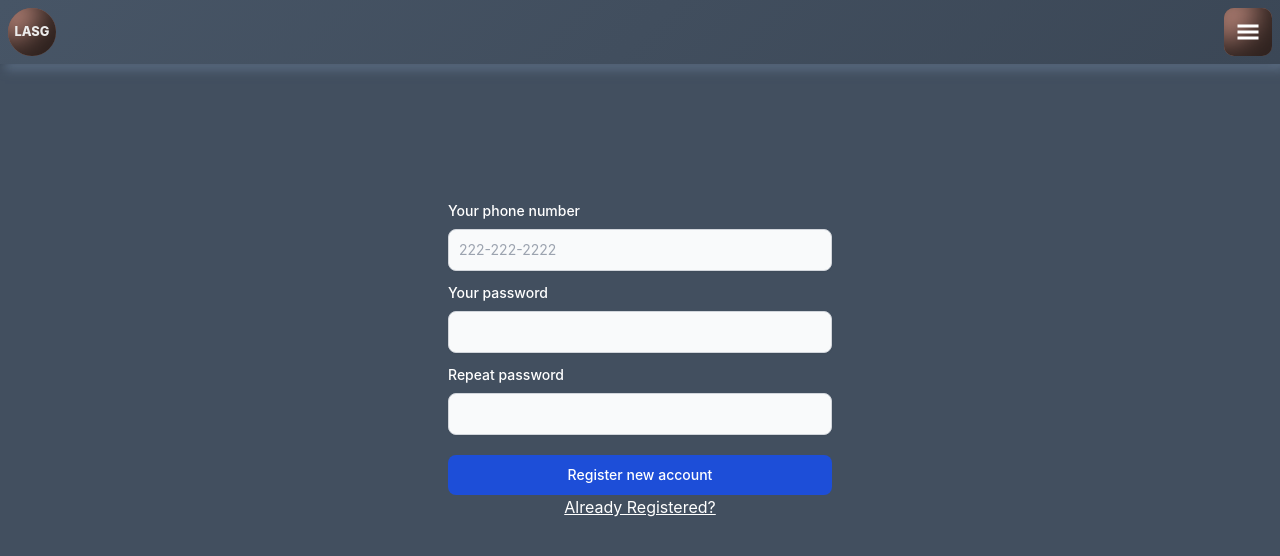
Repository: ShindanoSingi/LA-Swahili-Group
Page: /login (app in client/)
These files come from the project's save history. The page is drawn as it stood at one moment and after the next save; the edit follows.
The browser window is 1280 px wide. The pictures show the whole page.
The project was rebuilt for these pictures with package versions that can differ from the ones it lists, and the page was loaded fresh each time. Also part of the build but not shown: client/src/pages/error/Error.css, client/src/pages/error/Error.js, client/src/pages/home/Home.js, client/src/pages/about/About.js, client/src/pages/contact/Contact.js, client/src/pages/userDashBoard/UserDashBoard.js, client/src/pages/superUsersDashBoard/SuperUsersDashBoard.js.

Above is the page before, as saved 2024-02-11 14:42:33.

### client/src/index.js
import React from 'react';
import ReactDOM from 'react-dom/client';
import './index.css';
import App from './App';
import reportWebVitals from './reportWebVitals';
import { Provider } from "react-redux";
import store from './redux/store';
import { BrowserRouter } from 'react-router-dom';


const root = ReactDOM.createRoot(document.getElementById('root'));
root.render(
  <Provider store={store}>
    <BrowserRouter>
    <App />
    </BrowserRouter>
  </Provider>
);

// If you want to start measuring performance in your app, pass a function
// to log results (for example: reportWebVitals(console.log))
// or send to an analytics endpoint. Learn more: https://bit.ly/CRA-vitals
reportWebVitals();

### client/src/index.css
@tailwind base;
@tailwind components;
@tailwind utilities;

:root{
  --primary: #424F5F;
  --secondary: #F3F3F3;
  --tertiary: #F4A261;
  --quaternary: #2A9D8F;
  --quinary: #E9C46A;

}

body {
  margin: 0;
  font-family: -apple-system, BlinkMacSystemFont, 'Segoe UI', 'Roboto', 'Oxygen',
    'Ubuntu', 'Cantarell', 'Fira Sans', 'Droid Sans', 'Helvetica Neue',
    sans-serif;
  -webkit-font-smoothing: antialiased;
  -moz-osx-font-smoothing: grayscale;
}

.container{
  max-height: 100vh;
  background-color: var(--primary);
}

.container {
  display: flex;
  justify-content: center;
  align-items: center;
  height: 100vh;
}

.logo{
  height: 100dvh;
}

### client/src/App.js
import Header from "./components/header/Header";
import Error from "./pages/error/Error";
import Home from "./pages/home/Home";
import { Routes, Route, useNavigate } from "react-router-dom";
import About from "./pages/about/About";
import Contact from "./pages/contact/Contact";
import Login from "./pages/login/Login";
import UserDashBoard from "./pages/userDashBoard/UserDashBoard";
import SuperUsersDashBoard from "./pages/superUsersDashBoard/SuperUsersDashBoard";
import { useEffect } from "react";


function App() {

      const navigate = useNavigate()

      const user = 'superusers';

      useEffect(() => {
            if (user === 'superuser') {
                  navigate('/superuser')
            }
      })

      return (
            <>
                  <Header />
                  <Routes>
                        <Route path="/" element={<Home />} />
                        <Route path="/about" element={<About />} />
                        <Route path="/contact" element={<Contact />} />
                        <Route path="/login" element={<Login />} />
                        <Route path="/user" element={<UserDashBoard/>} />
                        <Route path="/superuser" element={<SuperUsersDashBoard/>} />
                        <Route path="/admin" element={<adminDashBoard/>} />
                        <Route
                              path="/:rest*"
                              element={
                                    <h1>
                                          <Error />
                                    </h1>
                              }
                        />
                  </Routes>
            </>
      );
}

export default App;

### client/src/redux/store.js
import { configureStore } from "@reduxjs/toolkit";

import userReducer from "./userSlice";

const store = configureStore({
    reducer: {
        userReducer,
    },
});

export default store;

### client/src/components/header/Header.js
import React, { useState } from "react";
import "./Header.css";
import { GiHamburgerMenu } from "react-icons/gi";
import { Link } from "react-router-dom";

function Header() {
      const [show, setShow] = useState(false);

      return (
            <div className="header fixed top-0 w-full flex items-center justify-between p-2">
                  <div className="w-12 h-12 rounded-full text-[0.8rem] logo-button flex font-extrabold text-[#EBEBEB] justify-center items-center">
                        LASG
                  </div>
                  <div className="hambourger h-12 w-12 flex items-center justify-center">
                        <GiHamburgerMenu
                              className="text-[#FFFFFF] text-2xl"
                              onClick={() => setShow(!show)}
                        />
                  </div>
                  {show && (
                        <ul className="flex flex-col items-center p-2 top-[4.2rem] right-2 menu text-[#FFFFFF] absolute">
                              <Link to="/" onClick={() => setShow(!show)}>
                                    <li className="menu-item">Home</li>
                              </Link>
                              <Link to="/about" onClick={() => setShow(!show)}>
                                    <li className="menu-item">About</li>
                              </Link>
                              <Link
                                    to="/contact"
                                    onClick={() => setShow(!show)}
                              >
                                    <li className="menu-item">Contact</li>
                              </Link>
                              <Link to="/login" onClick={() => setShow(!show)}>
                                    <li className="menu-item">Login</li>
                              </Link>
                        </ul>
                  )}
            </div>
      );
}

export default Header;

### client/src/pages/login/Login.js
import React, { useState } from "react";

function Login() {
    const [showRegisterButton, setShowRegisterButton] = useState(false);

      return (
            <div className="container">
                  <div className="w-[80%]">

                    {
                        showRegisterButton && (                        <h1 className="text-xl font-bold text-center mb-4 text-white dark:text-white">Login Form</h1>
                        )
                    }
                        <form className="max-w-sm mx-auto">


                              <div className="mb-3">
                                    <label
                                          for="email"
                                          className="block mb-2 text-sm font-medium text-white dark:text-white"
                                    >
                                          Your phone number
                                    </label>
                                    <input
                                          type="phone"
                                          id="phone"
                                          className="shadow-sm bg-gray-50 border border-gray-300 text-gray-900 text-sm rounded-lg focus:ring-blue-500 focus:border-blue-500 block w-full p-2.5 dark:bg-gray-700 dark:border-gray-600 dark:placeholder-gray-400 dark:text-white dark:focus:ring-blue-500 dark:focus:border-blue-500 dark:shadow-sm-light"
                                          placeholder="222-222-2222"
                                          required
                                    />
                              </div>
                              <div className="mb-3">
                                    <label
                                          for="password"
                                          className="block mb-2 text-sm font-medium text-white dark:text-white"
                                    >
                                          Your password
                                    </label>
                                    <input
                                          type="password"
                                          id="password"
                                          className="shadow-sm bg-gray-50 border border-gray-300 text-gray-900 text-sm rounded-lg focus:ring-blue-500 focus:border-blue-500 block w-full p-2.5 dark:bg-gray-700 dark:border-gray-600 dark:placeholder-gray-400 dark:text-white dark:focus:ring-blue-500 dark:focus:border-blue-500 dark:shadow-sm-light"
                                          required
                                    />
                              </div>
                              {
                                !showRegisterButton && (
                                    <div className="mb-3">
                                    <label
                                          for="repeat-password"
                                          className="block mb-2 text-sm font-medium text-white dark:text-white"
                                    >
                                          Repeat password
                                    </label>
                                    <input
                                          type="password"
                                          id="repeat-password"
                                          className="shadow-sm bg-gray-50 border border-gray-300 text-gray-900 text-sm rounded-lg focus:ring-blue-500 focus:border-blue-500 block w-full p-2.5 dark:bg-gray-700 dark:border-gray-600 dark:placeholder-gray-400 dark:text-white dark:focus:ring-blue-500 dark:focus:border-blue-500 dark:shadow-sm-light"
                                          required
                                    />
                              </div>
                                )
                              }

                              {
                                showRegisterButton && (
                                    <div>
                                    <button
                                          type="submit"
                                          className="text-white mt-2 w-full bg-blue-700 hover:bg-blue-800 focus:ring-4 focus:outline-none focus:ring-blue-300 font-medium rounded-lg text-sm px-5 py-2.5 text-center dark:bg-blue-600 dark:hover:bg-blue-700 dark:focus:ring-blue-800"
                                    >
                                          Login
                                    </button>
                                    <p className="text-white text-center underline" onClick={()=>{
                                        setShowRegisterButton(false);
                                    }}>Not registered yet?</p>
                              </div>
                                )
                              }

                              {
                                !showRegisterButton && (
                                    <div>
                                    <button
                                          type="submit"
                                          className="text-white mt-2 w-full bg-blue-700 hover:bg-blue-800 focus:ring-4 focus:outline-none focus:ring-blue-300 font-medium rounded-lg text-sm px-5 py-2.5 text-center dark:bg-blue-600 dark:hover:bg-blue-700 dark:focus:ring-blue-800"
                                    >
                                          Register new account
                                    </button>
                                    <p className="text-white text-center underline" onClick={()=>{
                                        setShowRegisterButton(true);
                                    }}>Already Registered?</p>
                              </div>
                                )
                              }
                        </form>
                  </div>
            </div>
      );
}

export default Login;

### client/src/redux/userSlice.js
import {createSlice} from '@reduxjs/toolkit';

const userSlice = createSlice({
    name: 'user',
    initialState: {
        user: null,
    },
    reducers: {
        setUser: (state, action) => {
            state.user = action.payload;
        },
    },
});

export const {setUser} = userSlice.actions;
export default userSlice.reducer;

### client/src/components/header/Header.css
.header {
    border-radius: 0px;
background: linear-gradient(315deg, #3b4756, #475566);
box-shadow:  -5px -5px 10px #262e37,
             5px 5px 10px #5e7087;
}

.logo-button {
    border-radius: 50%;
    background: #6E5049;
    box-shadow: inset -14px -14px 27px #2d211e, inset 14px 14px 27px #af7f74;
}

.hambourger {
    border-radius: 10px;
    background: #6E5049;
    box-shadow: inset -14px -14px 27px #2d211e, inset 14px 14px 27px #af7f74;
}

.menu {
    border-radius: 9px;
    background: #3E5F75;
    box-shadow: inset -5px -5px 10px #38556c, inset 5px 5px 10px #5885a8;
    padding: 0.5rem;
}

.menu-item{
    border-radius: 7px;
background: #486D8A;
box-shadow: inset -15px -15px 13px #2a3f50,
            inset 15px 15px 13px #669bc4;
            width: 5rem;
            text-align: center;
            margin: 0.2rem;
            padding: 0.2rem 0.5rem;
}

Loaded but not shown: client/public/index.html (common file); client/src/reportWebVitals.js (common file); client/tailwind.config.js (common file)

After the next save:
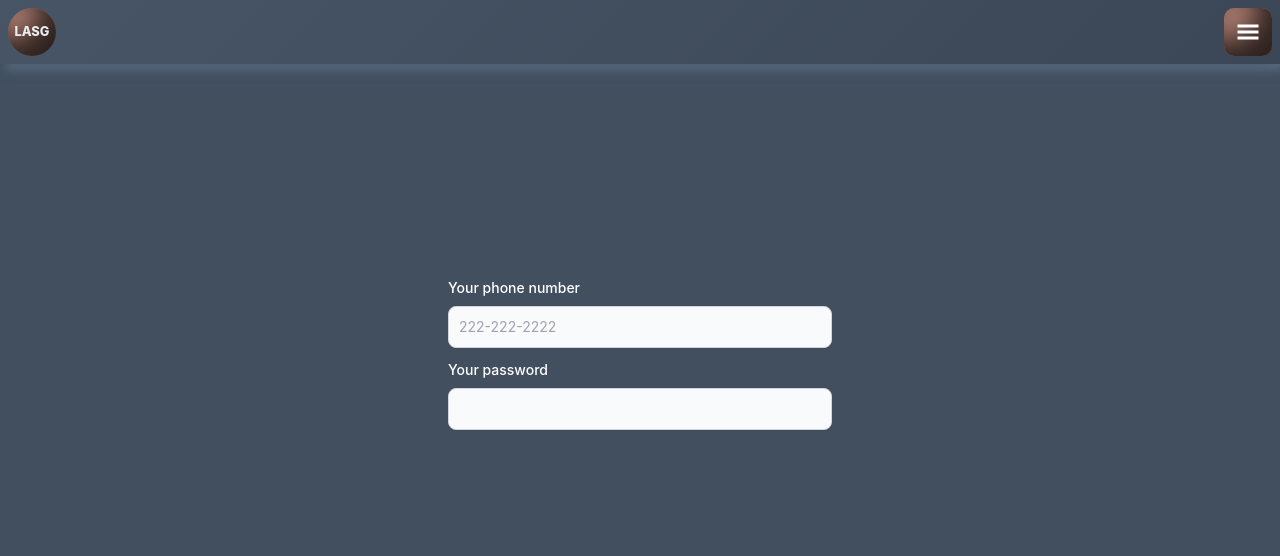
Saved 42 s later.
--- a/client/src/pages/login/Login.js
+++ b/client/src/pages/login/Login.js
@@ -43,24 +43,7 @@ function Login() {
                                           required
                                     />
                               </div>
-                              {
-                                !showRegisterButton && (
-                                    <div className="mb-3">
-                                    <label
-                                          for="repeat-password"
-                                          className="block mb-2 text-sm font-medium text-white dark:text-white"
-                                    >
-                                          Repeat password
-                                    </label>
-                                    <input
-                                          type="password"
-                                          id="repeat-password"
-                                          className="shadow-sm bg-gray-50 border border-gray-300 text-gray-900 text-sm rounded-lg focus:ring-blue-500 focus:border-blue-500 block w-full p-2.5 dark:bg-gray-700 dark:border-gray-600 dark:placeholder-gray-400 dark:text-white dark:focus:ring-blue-500 dark:focus:border-blue-500 dark:shadow-sm-light"
-                                          required
-                                    />
-                              </div>
-                                )
-                              }
+
 
                               {
                                 showRegisterButton && (
@@ -78,21 +61,7 @@ function Login() {
                                 )
                               }
 
-                              {
-                                !showRegisterButton && (
-                                    <div>
-                                    <button
-                                          type="submit"
-                                          className="text-white mt-2 w-full bg-blue-700 hover:bg-blue-800 focus:ring-4 focus:outline-none focus:ring-blue-300 font-medium rounded-lg text-sm px-5 py-2.5 text-center dark:bg-blue-600 dark:hover:bg-blue-700 dark:focus:ring-blue-800"
-                                    >
-                                          Register new account
-                                    </button>
-                                    <p className="text-white text-center underline" onClick={()=>{
-                                        setShowRegisterButton(true);
-                                    }}>Already Registered?</p>
-                              </div>
-                                )
-                              }
+
                         </form>
                   </div>
             </div>
